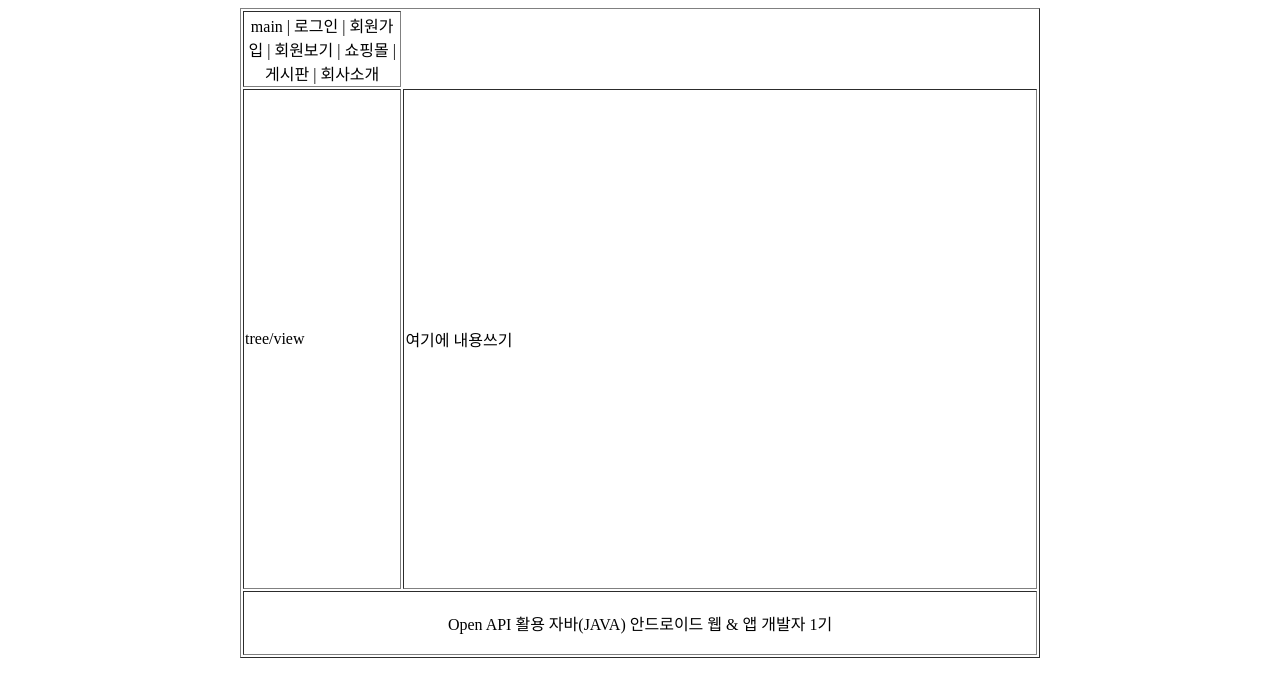
Repository: sungeunbyeol/Nowon-ezen-jsp
Page: http://localhost/myHome/
These files come from the project's save history. The page is drawn as it stood at one moment and after the next save; the edit follows.
The browser window is 1280 px wide. The pictures show the whole page.
The page is served by Tomcat 9. Other server files are loaded and not shown.

Above is the page before, as saved 2021-11-03 01:52:11.

### myHome/WebContent/index.jsp
<%@ page language="java" contentType="text/html; charset=EUC-KR"
    pageEncoding="EUC-KR"%>

<html>
<head>
	<title>JSP로 만드는 홈페이지</title>
</head>
<body>
	<div align="center">
		<table border="1" width="800" height="650">
			<tr height="10%">
				<td align="center" colsapn="2">
				main | 로그인 | 회원가입 | 회원보기 | 쇼핑몰 | 게시판 | 회사소개
				</td>
			</tr>
			<tr>
				<td width="20%"> tree/view</td>
				<td width="80%"> 여기에 내용쓰기</td>
			</tr>
			<tr height="10%">
				<td align="center" colspan="2">
					Open API 활용 자바(JAVA) 안드로이드 웹 & 앱 개발자 1기
				</td>
			</tr>
		</table>
	</div>
</body>
</html>

After the next save:
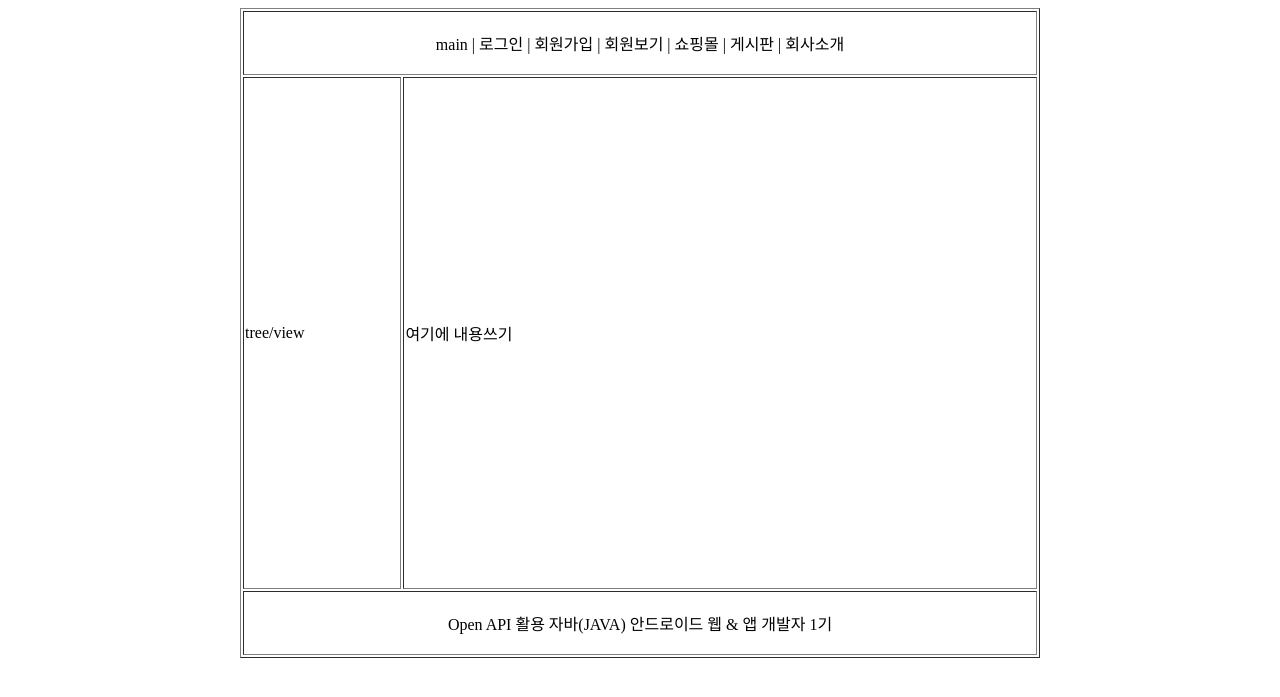
Saved 39 s later.
--- a/myHome/WebContent/index.jsp
+++ b/myHome/WebContent/index.jsp
@@ -9,7 +9,7 @@
 	<div align="center">
 		<table border="1" width="800" height="650">
 			<tr height="10%">
-				<td align="center" colsapn="2">
+				<td align="center" colspan="2">
 				main | 로그인 | 회원가입 | 회원보기 | 쇼핑몰 | 게시판 | 회사소개
 				</td>
 			</tr>
